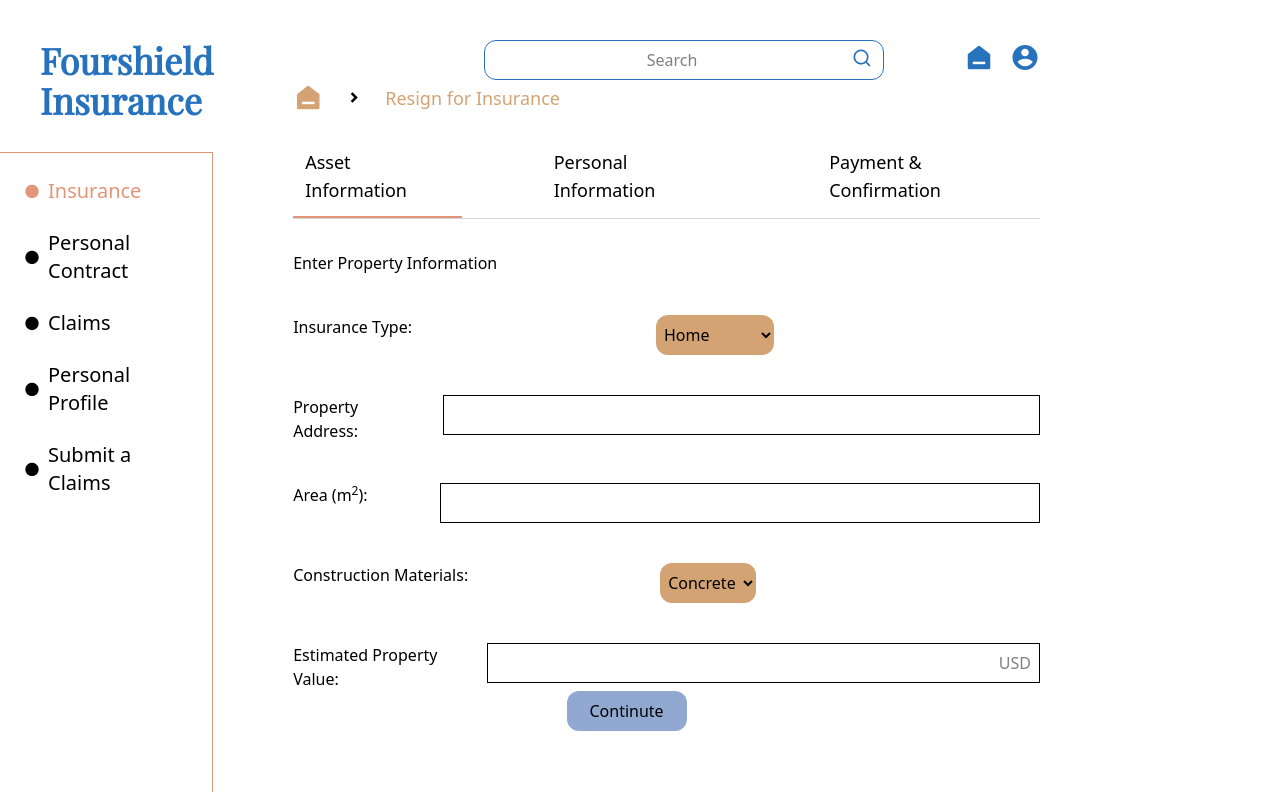
Repository: MockProject9920/MockProject_022025_Nhom4
Page: / (app in frontend/)
An editor plug-in stored every save of this project. The page is shown before and after the next save, followed by the edit.
The browser window is 1280 px wide. The pictures show the whole page.
The project was rebuilt for these pictures with package versions that can differ from the ones it lists, and the page was loaded fresh each time. Also part of the build but not shown: frontend/vite.config.js, frontend/src/pages/Login.jsx.

Above is the page before, as saved 2025-03-05 16:43:54.

### frontend/index.html
<!DOCTYPE html>

<html lang="en">
  <head>
    <meta charset="UTF-8" />
    <link rel="icon" type="image/svg+xml" href="/vite.svg" />
    <meta name="viewport" content="width=device-width, initial-scale=1.0" />
    <title>Vite + React</title>
  </head>
  <body>
    <div id="root"></div>
    <script type="module" src="/src/main.jsx"></script>
  </body>
</html>

### frontend/src/index.css
@import "tailwindcss";
@import "remixicon/fonts/remixicon.css";
/*  font-family: system-ui, Avenir, Helvetica, Arial, sans-serif;
  line-height: 1.5;
  font-weight: 400;

  color-scheme: light dark;
  color: rgba(255, 255, 255, 0.87);
  background-color: #242424;

  font-synthesis: none;
  text-rendering: optimizeLegibility;
  -webkit-font-smoothing: antialiased;
  -moz-osx-font-smoothing: grayscale;
}

a {
  font-weight: 500;
  color: #646cff;
  text-decoration: inherit;
}
a:hover {
  color: #535bf2;
}

body {
  margin: 0;
  display: flex;
  place-items: center;
  min-width: 320px;
  min-height: 100vh;
}

h1 {
  font-size: 3.2em;
  line-height: 1.1;
}

button {
  border-radius: 8px;
  border: 1px solid transparent;
  padding: 0.6em 1.2em;
  font-size: 1em;
  font-weight: 500;
  font-family: inherit;
  background-color: #1a1a1a;
  cursor: pointer;
  transition: border-color 0.25s;
}
button:hover {
  border-color: #646cff;
}
button:focus,
button:focus-visible {
  outline: 4px auto -webkit-focus-ring-color;
}

@media (prefers-color-scheme: light) {
  :root {
    color: #213547;
    background-color: #ffffff;
  }
  a:hover {
    color: #747bff;
  }
  button {
    background-color: #f9f9f9;
  }
} */

### frontend/src/App.jsx
import AssetInformation from "./pages/AssetInformation";
import Login from "./pages/Login";

function App() {
  return (
    <>
      <AssetInformation />
    </>
  );
}

export default App;

### frontend/src/pages/AssetInformation.jsx
import React from "react";
import "@fontsource/playfair-display";

function AssetInformation() {
  return (
    <div className="flex space-x-0 py-10 h-screen w-screen">
      <div className="w-[280px] space-y-8 h-full">
        <p
          className="text-4xl text-[#2772BD] font-bold pl-10"
          style={{ fontFamily: "Playfair Display" }}
        >
          Fourshield Insurance
        </p>
        <div className="space-y-6 h-full p-6  border-t-1 border-r-1 border-t-[#E29578] border-r-[#E29578]">
          <div className="flex space-x-2 items-center">
            <i class="ri-circle-fill text-[#E29578]"></i>
            <p className="text-xl text-[#E29578]">Insurance</p>
          </div>
          <div className="flex space-x-2 items-center">
            <i class="ri-circle-fill"></i>
            <p className="text-xl">Personal Contract</p>
          </div>
          <div className="flex space-x-2 items-center">
            <i class="ri-circle-fill"></i>
            <p className="text-xl">Claims</p>
          </div>
          <div className="flex space-x-2 items-center">
            <i class="ri-circle-fill"></i>
            <p className="text-xl">Personal Profile</p>
          </div>
          <div className="flex space-x-2 items-center">
            <i class="ri-circle-fill"></i>
            <p className="text-xl">Submit a Claims</p>
          </div>
        </div>
      </div>

      <div className=" w-full  mr-60">
        <div className=" flex space-x-20 justify-end ">
          <div className="relative">
            <input
              placeholder="Search"
              className="w-100 h-10 border border-[#2772BD] text-center py-2 pr-10 pl-4 rounded-xl"
            />
            <i className="ri-search-line absolute right-3 top-[18px] transform -translate-y-1/2 text-[#2772BD] text-xl"></i>
          </div>

          <div className="flex space-x-4 text-[#2772BD] text-2xl">
            <i className="ri-home-6-fill text-3xl"></i>
            <i className="ri-account-circle-fill text-3xl"></i>
          </div>
        </div>

        <div
          className="flex space-x-4 w-full ml-20 items-center
        "
        >
          <i className="ri-home-6-fill text-3xl text-[#D4A373]"></i>
          <i class="ri-arrow-drop-right-line text-3xl"></i>
          <p className="text-lg text-[#D4A373]">Resign for Insurance</p>
        </div>

        <div className="flex space-x-20 ml-20 mt-5 justify-center border-b-1 border-b-[#D9D9D9]">
          <p className="text-lg p-3 border-b-2 border-b-[#E29578] z-10">
            Asset Information
          </p>
          <p className="text-lg p-3 ">Personal Information</p>
          <p className="text-lg p-3 ">Payment & Confirmation</p>
        </div>

        <div className="ml-20 mt-8 space-y-10">
          <p className="font-medium">Enter Property Information</p>

          <div className="flex space-x-4">
            <p className="font-medium">Insurance Type:</p>
            <select className="h-10 p-1 ml-57 rounded-xl bg-[#D4A373]">
              <option className="bg-white" value="Home">
                Home
              </option>
              <option className="bg-white" value="Apartment">
                Apartment
              </option>
              <option className="bg-white" value="Commercial">
                Commercial
              </option>
            </select>
          </div>
          <div className="flex space-x-4 w-full justify-between">
            <p className="font-medium">Property Address:</p>
            <input className="border-1 w-150 h-10"></input>
          </div>
          <div className="flex space-x-4 w-full justify-between">
            <p className="font-medium">
              Area (m<sup>2</sup>):
            </p>
            <input className="border-1 w-150 h-10"></input>
          </div>
          <div className="flex space-x-4">
            <p className="font-medium">Construction Materials:</p>
            <select className="h-10 p-1 ml-44 rounded-xl bg-[#D4A373]">
              <option className="bg-white" value="Concrete">
                Concrete
              </option>
              <option className="bg-white" value="ApaBrickrtment">
                Brick
              </option>
              <option className="bg-white" value="Wood">
                Wood
              </option>
              <option className="bg-white" value="Other">
                Other
              </option>
            </select>
          </div>
          <div className="flex space-x-4 w-full justify-between">
            <p className="font-medium">Estimated Property Value:</p>
            <input
              placeholder="USD"
              className="text-right p-2 border-1 w-150 h-10"
            ></input>
          </div>
        </div>

        <div className="w-full justify-center text-center">
          <button className="bg-[#91A8D0] p-2 w-30 rounded-xl text-center">
            Continute
          </button>
        </div>
      </div>
    </div>
  );
}

export default AssetInformation;

Loaded but not shown: frontend/src/main.jsx (common file)

After the next save:
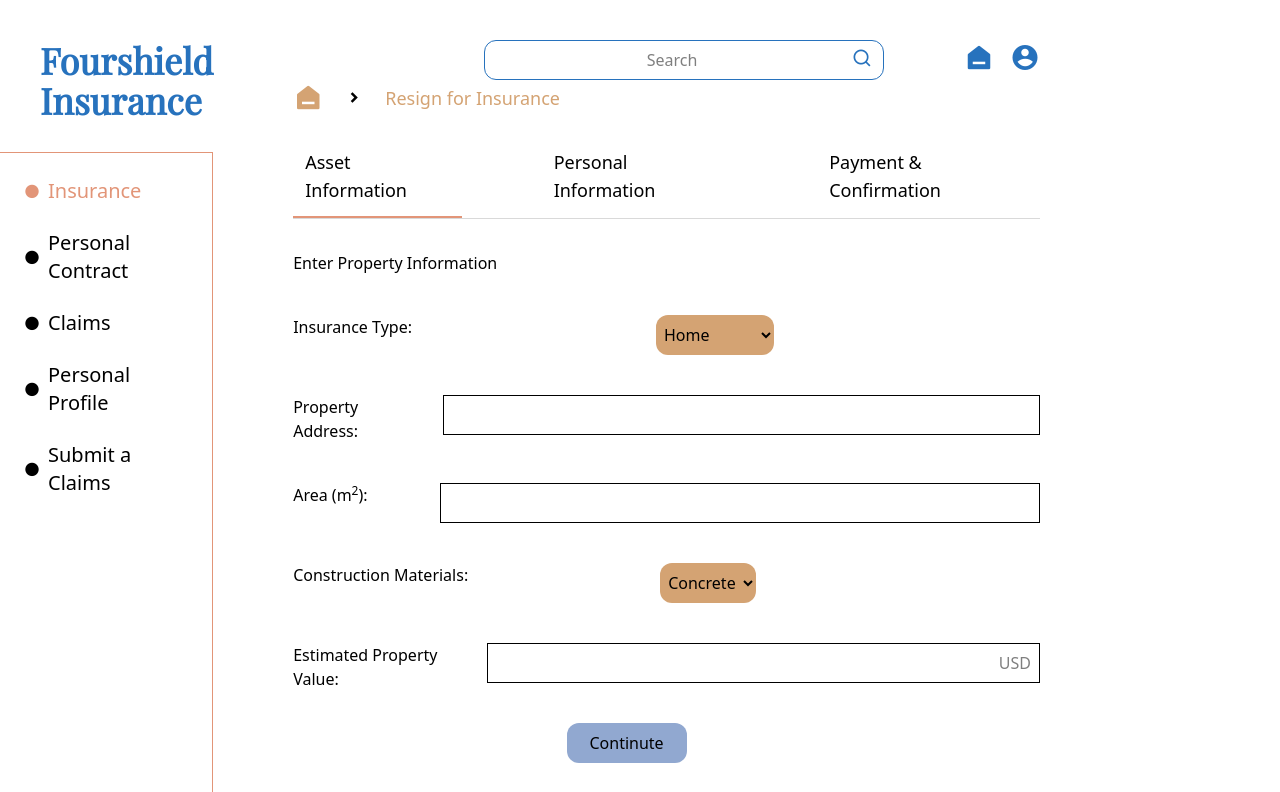
Saved 25 s later.
--- a/frontend/src/pages/AssetInformation.jsx
+++ b/frontend/src/pages/AssetInformation.jsx
@@ -121,8 +121,8 @@ function AssetInformation() {
           </div>
         </div>
 
-        <div className="w-full justify-center text-center">
-          <button className="bg-[#91A8D0] p-2 w-30 rounded-xl text-center">
+        <div className="w-full mt-8 text-center">
+          <button className="bg-[#91A8D0] p-2 w-30 rounded-xl">
             Continute
           </button>
         </div>
